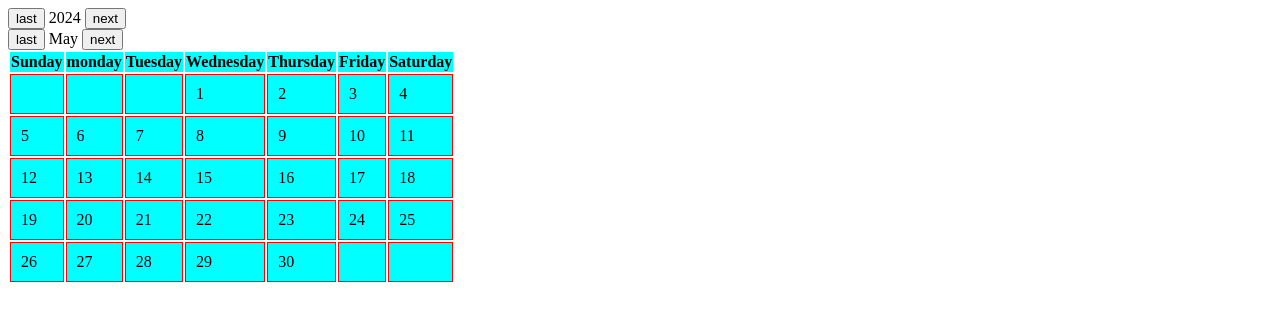
Repository: fateme81yosefi/calendar
Page: index.html
An editor plug-in stored every save of this project. The page is shown before and after a run of saves, followed by the edit.
The browser window is 1280 px wide. The pictures show the whole page.

Above is the page before, as saved 2024-05-30 23:04:11.

### index.html
<!DOCTYPE html>

<html>

<head>
  <title>calendar</title>
  <link rel="icon" type="image/x-icon" href="/images/fav.png">
  <link rel="stylesheet" href="styles.css">

</head>

<body>

  <div class="container-calendar">
    <div class="contain-year">
      <button onclick="decYear()">
        last </button>
      <span id="year"></span>
      <button onclick="incYear()"> next </button>

    </div>
    <div class="contain-month">
      <button onclick="dec()"> last </button>
      <span id="month"></span>
      <button onclick="increaseMonth()">next </button>
    </div>
    <table>
      <tr>
        <th>Sunday</th>
        <th>monday</th>
        <th>Tuesday</th>
        <th>Wednesday </th>
        <th>Thursday</th>
        <th>Friday</th>
        <th>Saturday</th>
      </tr>

      <tr>
        <td id="1-1"> </td>
        <td id="1-2"> </td>
        <td id="1-3"> </td>
        <td id="1-4"> </td>
        <td id="1-5"> </td>
        <td id="1-6"> </td>
        <td id="1-7"> </td>
      </tr>

      <tr>
        <td id="2-1"> </td>
        <td id="2-2"> </td>
        <td id="2-3"> </td>
        <td id="2-4"> </td>
        <td id="2-5"> </td>
        <td id="2-6"> </td>
        <td id="2-7"> </td>
      </tr>

      <tr>
        <td id="3-1"> </td>
        <td id="3-2"> </td>
        <td id="3-3"> </td>
        <td id="3-4"> </td>
        <td id="3-5"> </td>
        <td id="3-6"> </td>
        <td id="3-7"> </td>
      </tr>

      <tr>
        <td id="4-1"> </td>
        <td id="4-2"> </td>
        <td id="4-3"> </td>
        <td id="4-4"> </td>
        <td id="4-5"> </td>
        <td id="4-6"> </td>
        <td id="4-7"> </td>
      </tr>

      <tr>
        <td id="5-1"> </td>
        <td id="5-2"> </td>
        <td id="5-3"> </td>
        <td id="5-4"> </td>
        <td id="5-5"> </td>
        <td id="5-6"> </td>
        <td id="5-7"> </td>
      </tr>
    </table>
  </div>



  <script src="/scripts.js"></script>

</body>

</html>

### styles.css
tr{
    background-color: aqua;
    border: 1px solid red;
    padding: 10px;
    margin: 2px;
}
td{
    background-color: aqua;
    border: 1px solid red;
    padding: 10px;
    margin: 2px;
}

### scripts.js
const d = new Date();
m = d.getMonth()
y = d.getFullYear()
day = d.getDate()
weekday = d.getDay()
weekday++

function increaseMonth() {

    m = document.getElementById("month").innerHTML
    month = monthNameToNum(m)
    month++
    if (month >= 13) {
        incYear()
    }
    else {
        fillAllDay(month, y, dayCount)
        setMonth(month)
    }
}

function dec() {
    m = document.getElementById("month").innerHTML
    month = monthNameToNum(m)
    month--
    if (month < 1) {
        decYear()
    } else {
        fillAllDay(month, y, dayCount)
        setMonth(month)
    }

}

function incYear() {
    let yy = parseInt(document.getElementById("year").innerHTML);
    yy++;
    document.getElementById("year").innerHTML = yy;
    setYear(yy)
    fillAllDay(m, yy, dayCount)
}


function decYear() {
    let yy = parseInt(document.getElementById("year").innerHTML);
    yy--;
    document.getElementById("year").innerHTML = yy;
    setYear(yy)
    fillAllDay(m, yy, dayCount)
}


function setYear(y) {
    document.getElementById("year").innerHTML = y
}
function monthNameToNum(m) {
    switch (m) {
        case "January": return 1;
        case "February": return 2;
        case "March": return 3;
        case "April": return 4;
        case "May": return 5;
        case "June": return 6;
        case "July": return 7;
        case "August": return 8;
        case "September": return 9;
        case "October": return 10;
        case "November": return 11;
        case "December": return 12;
    }
}
function setMonth(m) {
    switch (m) {
        case 1: month = "January";
            break;
        case 2: month = "February";
            break;
        case 3: month = "March";
            break;
        case 4: month = "April";
            break;
        case 5: month = "May";
            break;
        case 6: month = "June";
            break;
        case 7: month = "July";
            break;
        case 8: month = "August";
            break;
        case 9: month = "September";
            break;
        case 10: month = "October";
            break;
        case 11: month = "November";
            break;
        case 12: month = "December";
            break;
    }
    document.getElementById("month").innerHTML = month

}

function findFirstDayMonth(m, y) {
    const date = new Date(y + "-" + m + "-" + 1)
    return date.getDay()
}

function calcDayCount(m) {
    switch (m + 1) {
        case 1: return 31;
        case 2: return 28;
        case 3: return 31;
        case 4: return 30;
        case 5: return 31;
        case 6: return 30;
        case 7: return 31;
        case 8: return 31;
        case 9: return 30;
        case 10: return 31;
        case 11: return 30;
        case 12: return 31;
    }
}

function fillAllDay(m, y, dayCount) {
    m++;

    var fd = findFirstDayMonth(m, y);
    fd++;

    let row = 1
    let col = fd
    for(let i=1; i<col; i++){

    }
    for (let i = 1; i <= dayCount; i++) {
        const x = row + "-" + col;
        document.getElementById(x).innerHTML = i;
        if (col >= 7) {
            col = 1;
            row++;
        } else {
            col++;
        }
        if (row >= 6) {
            row = 1;
        }
    }
}

dayCount = calcDayCount(m + 1)

fillAllDay(m, y, dayCount)
setMonth(m + 1)
setYear(y)

After the next 4 saves:
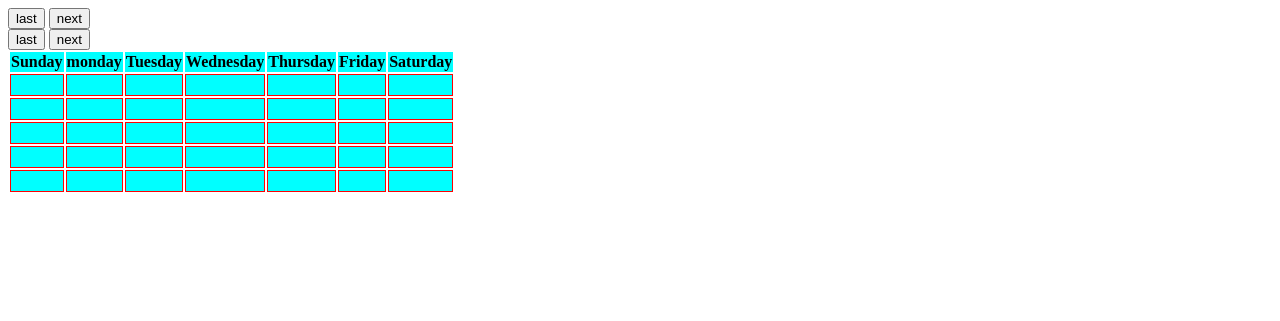
Console error (its wording comes from the project's code and is left out).
The 4 saves are shown as one change because they came seconds apart.
The last was saved 19 s later.
--- a/scripts.js
+++ b/scripts.js
@@ -131,7 +131,7 @@
     let row = 1
     let col = fd
     for(let i=1; i<col; i++){
-
+        document.getElementById()
     }
     for (let i = 1; i <= dayCount; i++) {
         const x = row + "-" + col;

After the 2 saves that followed:
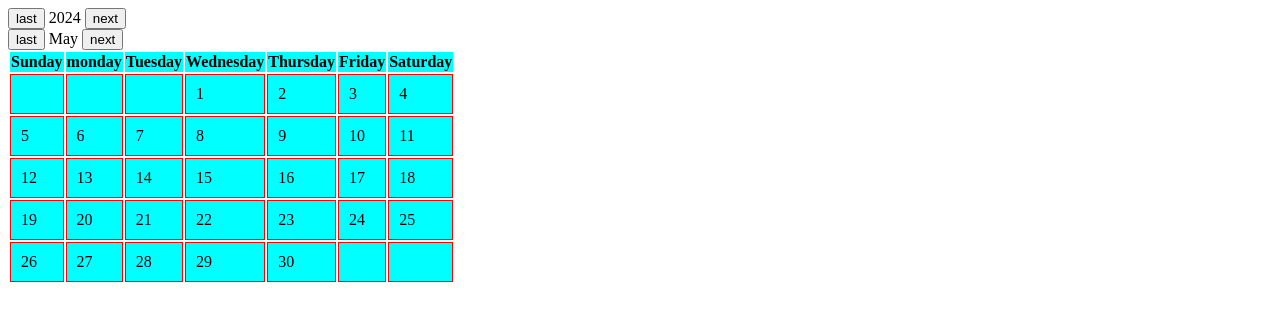
The error is gone.
The 2 saves are shown as one change because they came seconds apart.
The last was saved 11 s later.
--- a/scripts.js
+++ b/scripts.js
@@ -131,7 +131,8 @@
     let row = 1
     let col = fd
     for(let i=1; i<col; i++){
-        document.getElementById()
+        const x = row + "-" + col;
+        document.getElementById(x)
     }
     for (let i = 1; i <= dayCount; i++) {
         const x = row + "-" + col;
